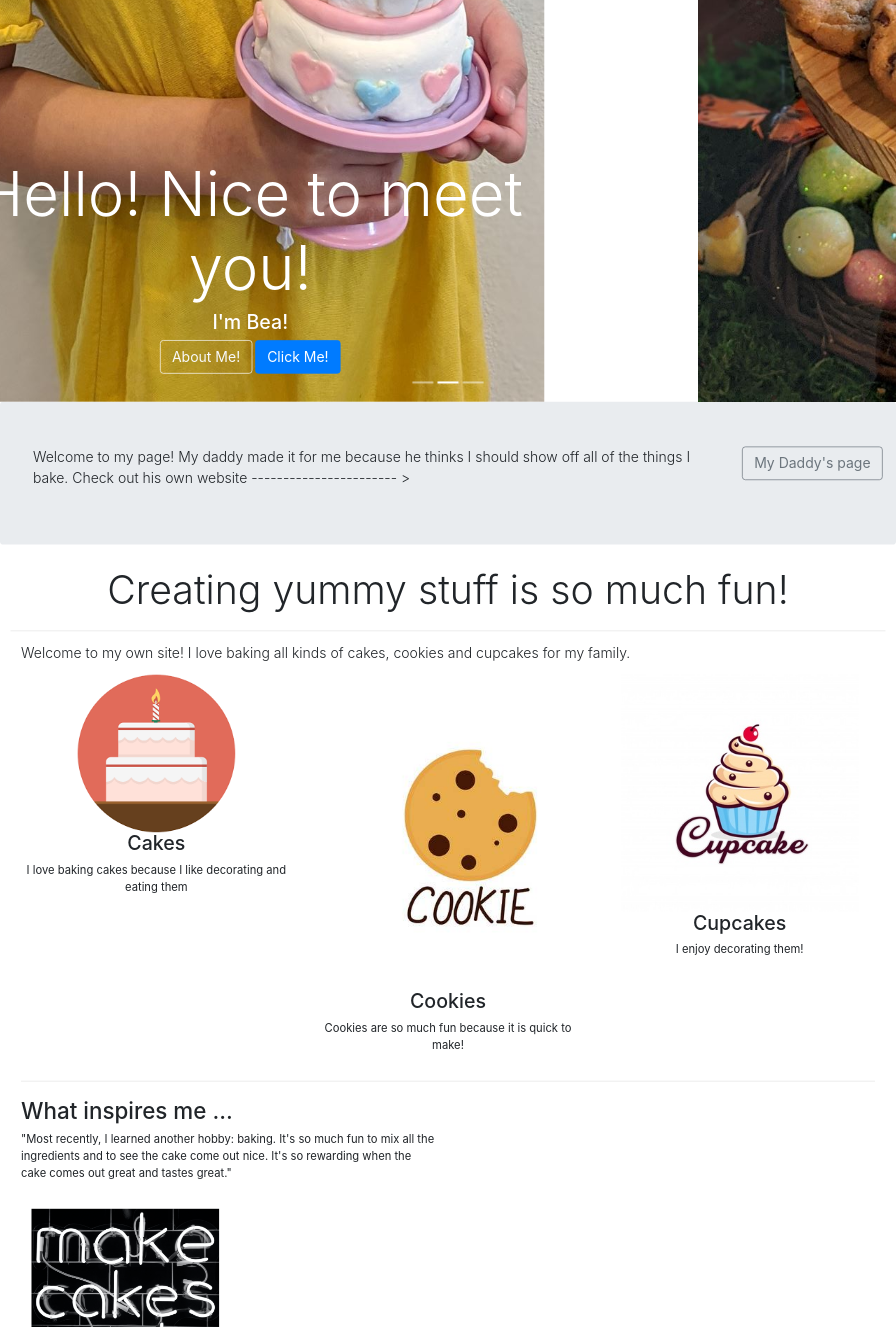
Repository: djzaragoza/Bea-Creation
Page: index.html
The author's editor kept a copy of each file at every save. The page is drawn from the files as they stood at one save, then again after a run of saves.
The browser window is 1280 px wide. The pictures show the part of the page from y = 1367 to 3287 px (the page is 3263 px tall before and 3287 px after), at 70% of full size.
Some web libraries are served in a nearby version.

Above is the page before, as saved 2020-04-07 20:57:20.

After the next 2 saves:
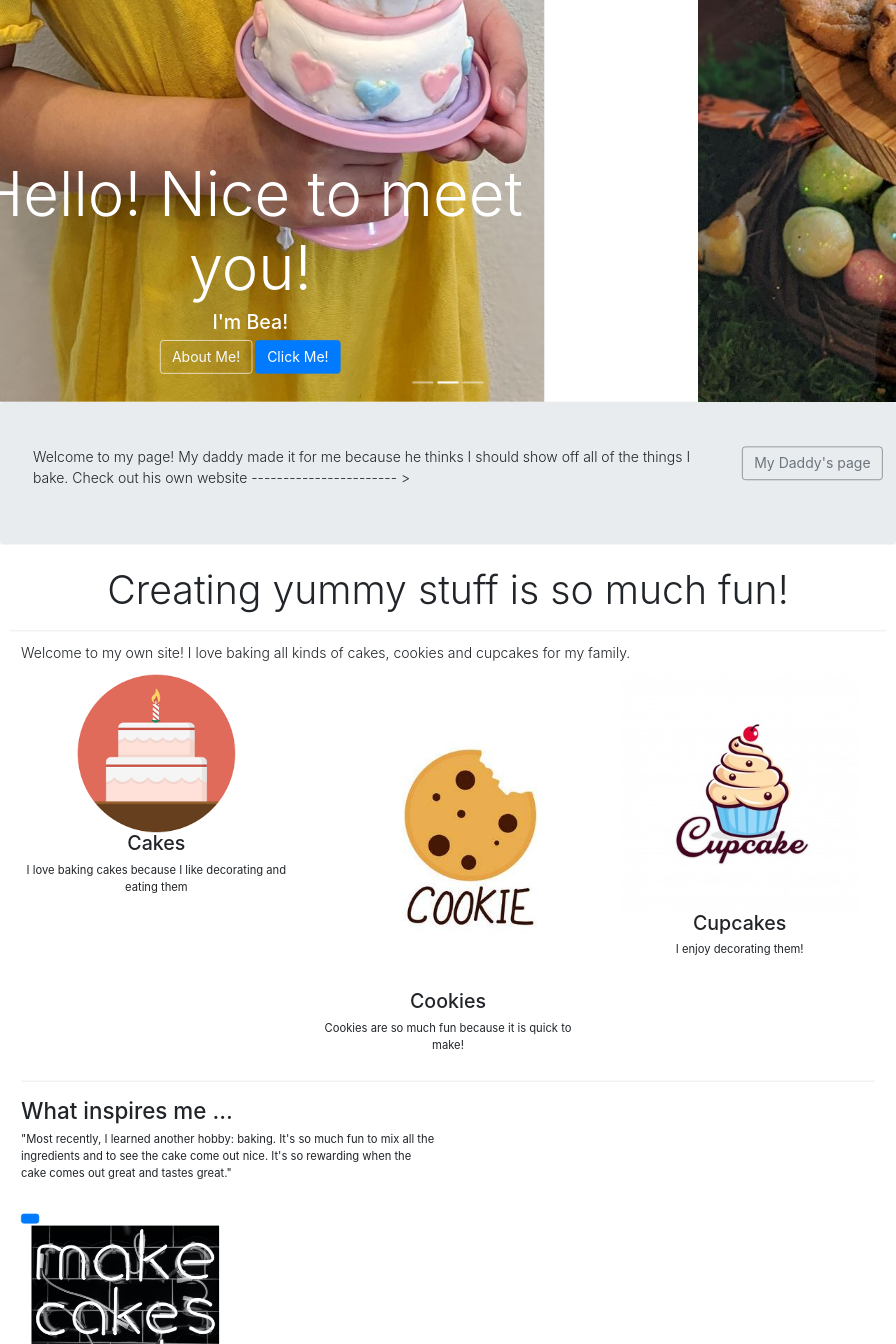
The 2 saves are shown as one change because they came seconds apart.
The last was saved 5 s later.
--- a/index.html
+++ b/index.html
@@ -128,7 +128,7 @@
             <p>"Most recently, I learned another hobby: baking.  It's so much fun to mix all the ingredients and to see the cake come out nice.  It's so rewarding when the cake comes out great and tastes great."
             </p>
             <br>
-            <a href="#" class=""></a>
+            <a href="#" class="btn btn-primary"></a>
         <div>
         <div class="col-lg-6">
             <img src="img/family_baking_icon.jpg" class="img-fluid">
